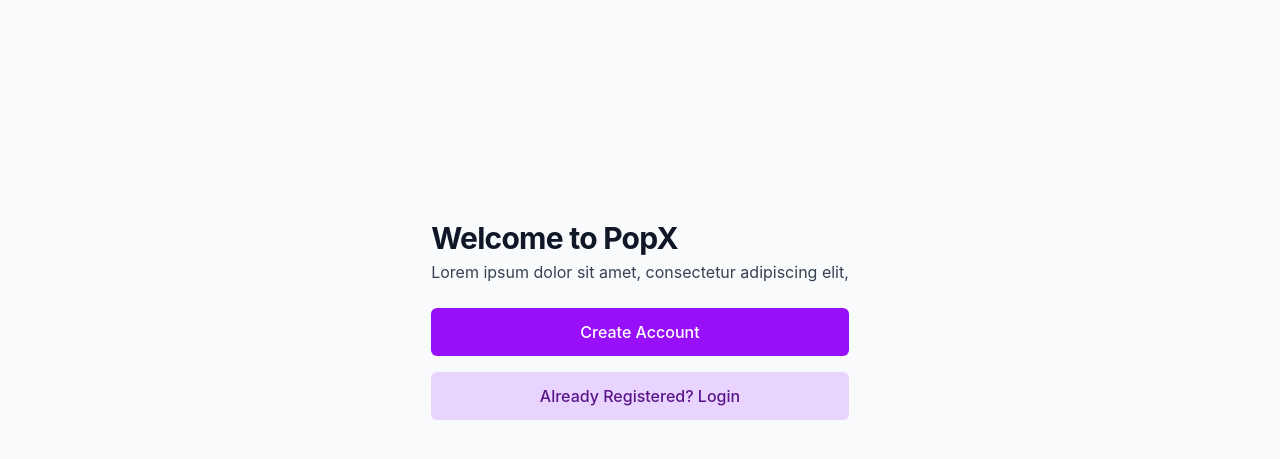
Repository: tanayburbure/inter
Page: /
These files come from the project's save history. The page is drawn as it stood at one moment and after the next save; the edit follows.
The browser window is 1280 px wide. The pictures show the whole page.
The project was rebuilt for these pictures with package versions that can differ from the ones it lists, and the page was loaded fresh each time. Also part of the build but not shown: vite.config.js, src/pages/Login.jsx, src/pages/Signup.jsx, src/pages/Account.jsx.

Above is the page before, as saved 2025-06-17 22:23:23.

### src/index.css
@import "tailwindcss";

body {
  font-family: 'Inter', sans-serif;
}

### src/App.jsx
import React from "react";
import { BrowserRouter as Router, Routes, Route, useLocation, useNavigate } from "react-router-dom";
import Welcome from "./pages/Welcome";
import Login from "./pages/Login";
import Signup from "./pages/Signup";
import Account from "./pages/Account";

function BackButton() {
  const location = useLocation();
  const navigate = useNavigate();

  // Hide the button only on the Welcome page
  if (location.pathname === "/") return null;

  return (
    <button
      onClick={() => navigate(-1)}
      className="absolute top-4 left-4 px-4 py-2 bg-white border border-gray-300 rounded shadow text-sm hover:bg-gray-50"
    >
      ← Back
    </button>
  );
}

export default function App() {
  return (
    <Router>
      <div className="relative min-h-screen bg-gray-100 text-gray-900">
        <BackButton />
        <Routes>
          <Route path="/" element={<Welcome />} />
          <Route path="/login" element={<Login />} />
          <Route path="/signup" element={<Signup />} />
          <Route path="/account" element={<Account />} />
        </Routes>
      </div>
    </Router>
  );
}

### src/pages/Welcome.jsx
import { useNavigate } from 'react-router-dom';

export default function Welcome() {
  const navigate = useNavigate();

  return (
    <div className="min-h-screen md:items-center mg:justify-center lg:items-center lg:justify-center flex flex-col justify-end px-6 py-12 bg-gray-50">
      <div className="mb-20">
        <h1 className="text-3xl font-bold mb-1 tracking-tight">Welcome to PopX</h1>
        <p className="text-md text-gray-700 mb-6">
          Lorem ipsum dolor sit amet, consectetur adipiscing elit,
        </p>
        <button
          onClick={() => navigate('/signup')}
          className="w-full bg-purple-600 text-white py-3 rounded-md font-medium mb-4"
        >
          Create Account
        </button>
        <button
          onClick={() => navigate('/login')}
          className="w-full bg-purple-200 text-purple-900 py-3 rounded-md font-medium"
        >
          Already Registered? Login
        </button>
      </div>
    </div>
  );
}

Loaded but not shown: index.html (common file); src/main.jsx (common file)

After the next save:
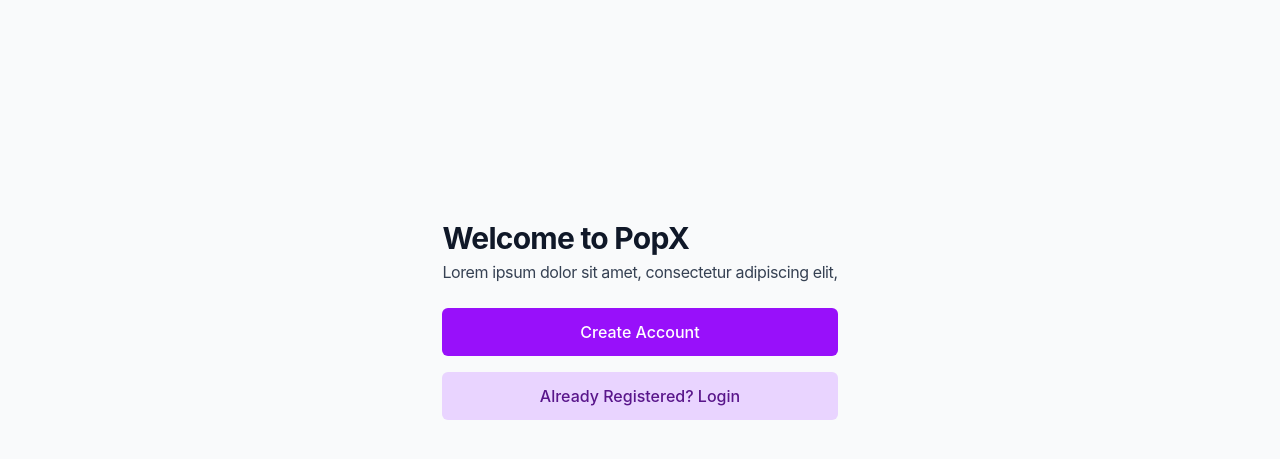
Saved 9 s later.
--- a/src/pages/Welcome.jsx
+++ b/src/pages/Welcome.jsx
@@ -7,7 +7,7 @@
     <div className="min-h-screen md:items-center mg:justify-center lg:items-center lg:justify-center flex flex-col justify-end px-6 py-12 bg-gray-50">
       <div className="mb-20">
         <h1 className="text-3xl font-bold mb-1 tracking-tight">Welcome to PopX</h1>
-        <p className="text-md text-gray-700 mb-6">
+        <p className="text-md text-gray-700 mb-6 tracking-tight">
           Lorem ipsum dolor sit amet, consectetur adipiscing elit,
         </p>
         <button
